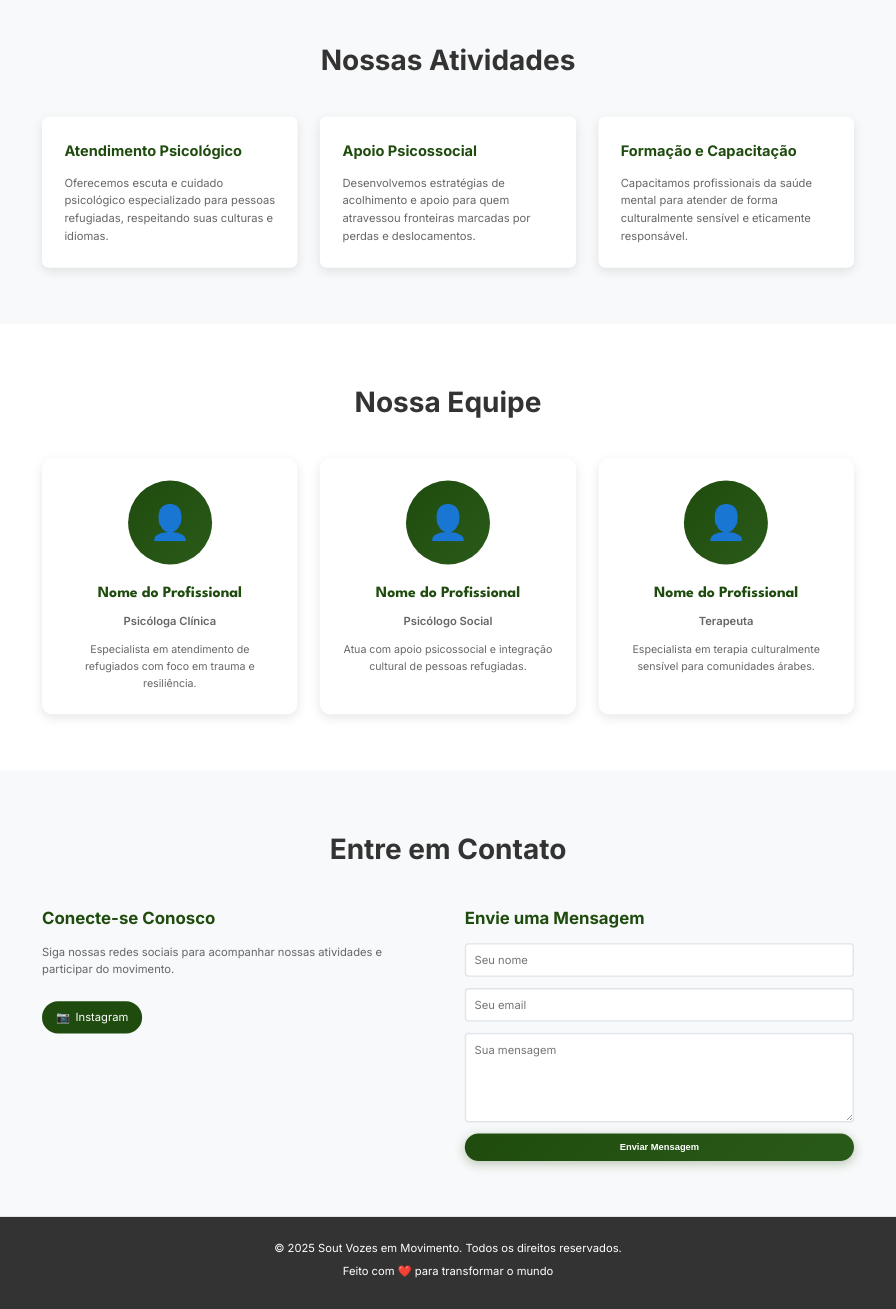
Repository: farukzahra/sout
Page: index.html
An editor plug-in stored every save of this project. The page is shown before and after the next save, followed by the edit.
The browser window is 1280 px wide. The pictures show the part of the page from y = 1418 to 3338 px (the page is 3288 px tall before and 3338 px after), at 70% of full size.
Some web fonts or font styles are not loaded; a fallback is used.

Above is the page before, as saved 2025-10-02 18:57:30.

After the next save:
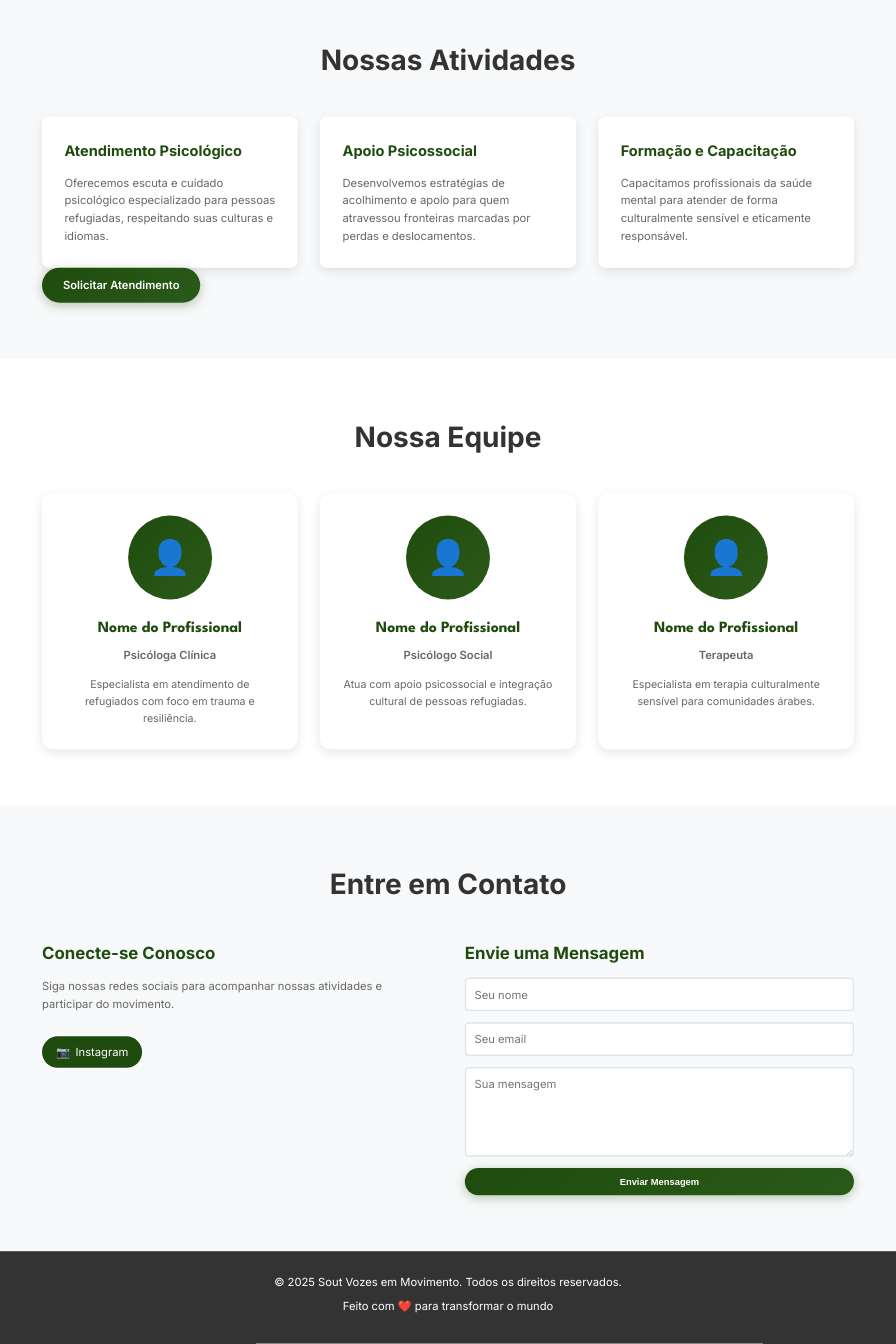
Saved 33 s later.
--- a/index.html
+++ b/index.html
@@ -76,6 +76,9 @@
                         <h3>Formação e Capacitação</h3>
                         <p>Capacitamos profissionais da saúde mental para atender de forma culturalmente sensível e eticamente responsável.</p>
                     </div>
+                </div>
+                <div class="activities-cta">
+                    <a href="https://docs.google.com/forms/d/e/1FAIpQLSe5NEX1NYhxfed3NNeuTooWfu9DNvktDcvF1o4Ne_LvsSUjIw/viewform" target="_blank" class="btn btn-primary">Solicitar Atendimento</a>
                 </div>
             </div>
         </section>
